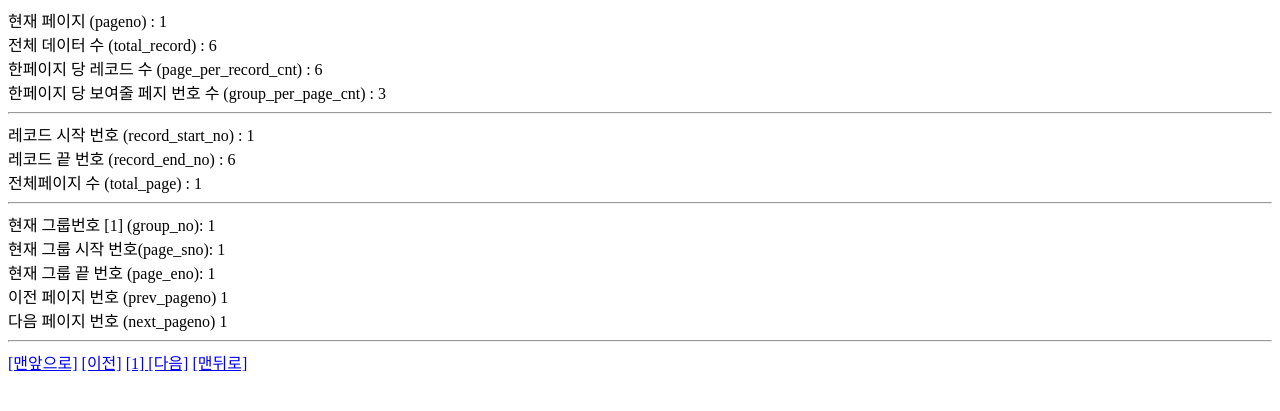
Repository: MinJae1/test
Page: http://localhost/ezenMall/view/test.jsp?pageno=1
An editor plug-in stored every save of this project. The page is shown before and after the next save, followed by the edit.
The browser window is 1280 px wide. The pictures show the whole page.
The page is served by Tomcat 9. Other server files are loaded and not shown.

Above is the page before, as saved 2018-11-07 01:57:29.

### java/ezenMall/WebContent/view/test.jsp
<%@ page language="java" contentType="text/html; charset=EUC-KR" pageEncoding="EUC-KR"%>
<%!
	public Integer toInt(String x){
		int a = 0;
		try{
			a = Integer.parseInt(x);
		}catch(Exception e){}
		return a;
	}
%>
<%
	int pageno = toInt(request.getParameter("pageno"));
	if(pageno<1){//현재 페이지
		pageno = 1;
	}
	int total_record = 6;		   //총 레코드 수
	int page_per_record_cnt = 6;  //페이지 당 레코드 수
	int group_per_page_cnt =3;     //페이지 당 보여줄 번호 수[1],[2],[3],[4],[5]
//					  									  [6],[7],[8],[9],[10]

	int record_end_no = pageno*page_per_record_cnt;
	int record_start_no = record_end_no-(page_per_record_cnt-1);
	if(record_end_no>total_record){
		record_end_no = total_record;
	}


	int total_page = total_record / page_per_record_cnt + (total_record % page_per_record_cnt>0 ? 1 : 0);
	if(pageno>total_page){
		pageno = total_page;
	}




// 	현재 페이지(정수) / 한페이지 당 보여줄 페지 번호 수(정수) + (그룹 번호는 현제 페이지(정수) % 한페이지 당 보여줄 페지 번호 수(정수)>0 ? 1 : 0)
	int group_no = pageno/group_per_page_cnt+( pageno%group_per_page_cnt>0 ? 1:0);
//		현재 그룹번호 = 현재페이지 / 페이지당 보여줄 번호수 (현재 페이지 % 페이지당 보여줄 번호 수 >0 ? 1:0)
//	ex) 	14		=	13(몫)		=	 (66 / 5)		1	(1(나머지) =66 % 5)

	int page_eno = group_no*group_per_page_cnt;
//		현재 그룹 끝 번호 = 현재 그룹번호 * 페이지당 보여줄 번호
//	ex) 	70		=	14	*	5
	int page_sno = page_eno-(group_per_page_cnt-1);
// 		현재 그룹 시작 번호 = 현재 그룹 끝 번호 - (페이지당 보여줄 번호 수 -1)
//	ex) 	66	=	70 - 	4 (5 -1)

	if(page_eno>total_page){
//	   현재 그룹 끝 번호가 전체페이지 수 보다 클 경우
		page_eno=total_page;
//	   현재 그룹 끝 번호와 = 전체페이지 수를 같게
	}

	int prev_pageno = page_sno-group_per_page_cnt;  // <<  *[이전]* [21],[22],[23]... [30] [다음]  >>
//		이전 페이지 번호	= 현재 그룹 시작 번호 - 페이지당 보여줄 번호수
//	ex)		46		=	51 - 5
	int next_pageno = page_sno+group_per_page_cnt;	// <<  [이전] [21],[22],[23]... [30] *[다음]*  >>
//		다음 페이지 번호 = 현재 그룹 시작 번호 + 페이지당 보여줄 번호수
//	ex)		56		=	51 - 5
	if(prev_pageno<1){
//		이전 페이지 번호가 1보다 작을 경우
		prev_pageno=1;
//		이전 페이지를 1로
	}
	if(next_pageno>total_page){
//		다음 페이지보다 전체페이지 수보가 클경우
		next_pageno=total_page/group_per_page_cnt*group_per_page_cnt+1;
//		next_pageno=total_page
//		다음 페이지 = 전체페이지수 / 페이지당 보여줄 번호수 * 페이지당 보여줄 번호수 + 1
//	ex)			   = 	76 / 5 * 5 + 1	????????
	}

	// [1][2][3].[10]
	// [11][12]
%>
현재 페이지   (pageno)   : <%=pageno%><br />
전체 데이터 수   (total_record) : <%=total_record %><br />
한페이지 당 레코드 수   (page_per_record_cnt) : <%=page_per_record_cnt %><br />
한페이지 당 보여줄 페지 번호 수   (group_per_page_cnt) : <%=group_per_page_cnt %><br />

<hr />
레코드 시작 번호  (record_start_no) : <%=record_start_no%><br />
레코드 끝 번호    (record_end_no) : <%=record_end_no %><br />
전체페이지 수     (total_page)  : <%=total_page %><br />
<hr />
현재 그룹번호 [1] (group_no):  <%=group_no %><br />
현재 그룹 시작 번호(page_sno): <%= page_sno%><br />
현재 그룹 끝 번호  (page_eno): <%= page_eno%><br />
이전 페이지 번호   (prev_pageno) <%=prev_pageno%><br />
다음 페이지 번호   (next_pageno) <%=next_pageno%><br />
<hr />


<a href="test.jsp?pageno=1">[맨앞으로]</a>
<a href="test.jsp?pageno=<%=prev_pageno%>">[이전]</a>
<%for(int i =page_sno;i<=page_eno;i++){%>
	<a href="test.jsp?pageno=<%=i %>">
		<%if(pageno == i){ %>
			[<%=i %>]
		<%}else{ %>
			<%=i %>
		<%} %>
	</a>
<%--	콤마	 --%>
	<%if(i<page_eno){ %>
		,
	<%} %>
<%} %>

<a href="test.jsp?pageno=<%=next_pageno%>" >[다음]</a>
<a href="test.jsp?pageno=<%=total_page %>">[맨뒤로]</a>

After the next save:
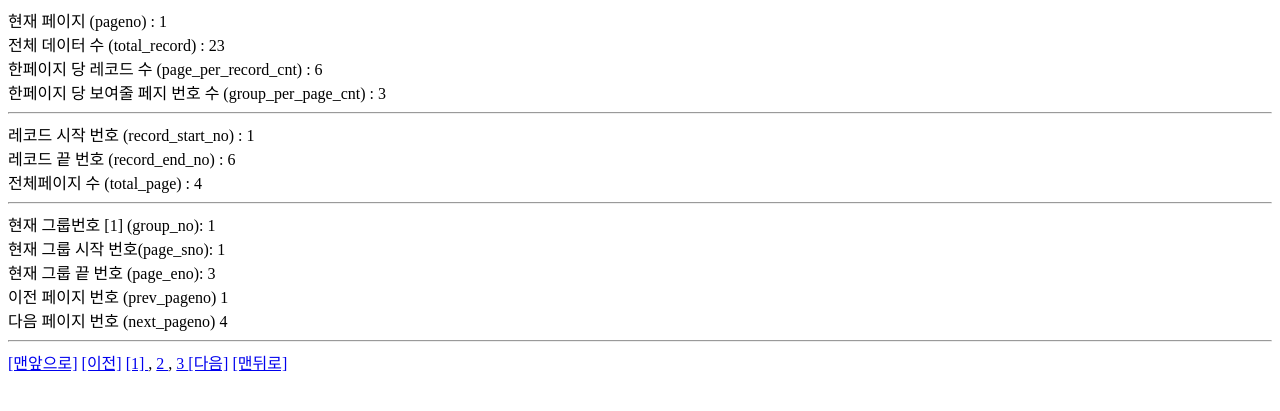
Saved 3 min 12 s later.
--- a/java/ezenMall/WebContent/view/test.jsp
+++ b/java/ezenMall/WebContent/view/test.jsp
@@ -13,7 +13,7 @@
 	if(pageno<1){//현재 페이지
 		pageno = 1;
 	}
-	int total_record = 6;		   //총 레코드 수
+	int total_record = 23;		   //총 레코드 수
 	int page_per_record_cnt = 6;  //페이지 당 레코드 수
 	int group_per_page_cnt =3;     //페이지 당 보여줄 번호 수[1],[2],[3],[4],[5]
 //					  									  [6],[7],[8],[9],[10]
